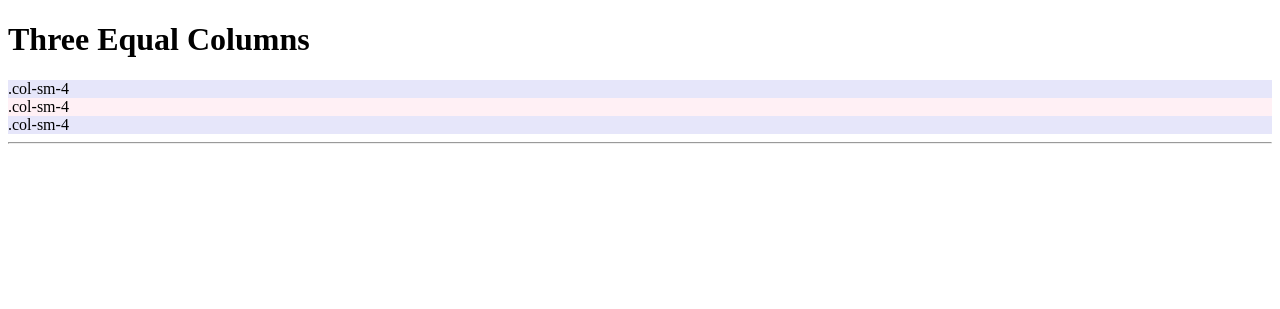
Repository: Sonalitanika/Assigment_IT17048842
Page: Lab09/WebContent/index.html
These files come from the project's save history. The page is drawn as it stood at one moment and after the next save; the edit follows.
The browser window is 1280 px wide. The pictures show the whole page.

Above is the page before, as saved 2019-05-25 13:59:33.

After the next save:
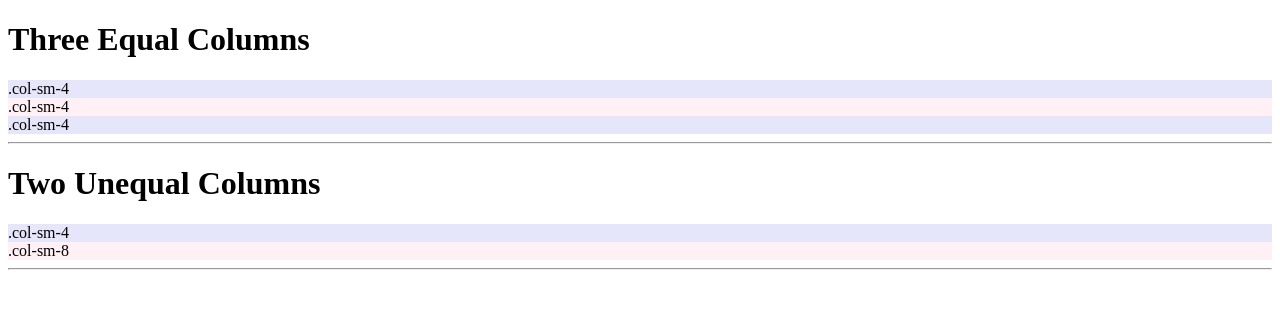
Saved 2 min 25 s later.
--- a/Lab09/WebContent/index.html
+++ b/Lab09/WebContent/index.html
@@ -12,5 +12,12 @@
  <div class="col-sm-4" style="background-color:lavender;">.col-sm-4</div>
  </div>
 <hr>
+
+ <h1>Two Unequal Columns </h1>
+ <div class="row">
+ <div class="col-sm-4" style="background-color:lavender;">.col-sm-4</div>
+ <div class="col-sm-8" style="background-color:lavenderblush;">.col-sm-8</div>
+ </div>
+ <hr>
 </body>
 </html>
